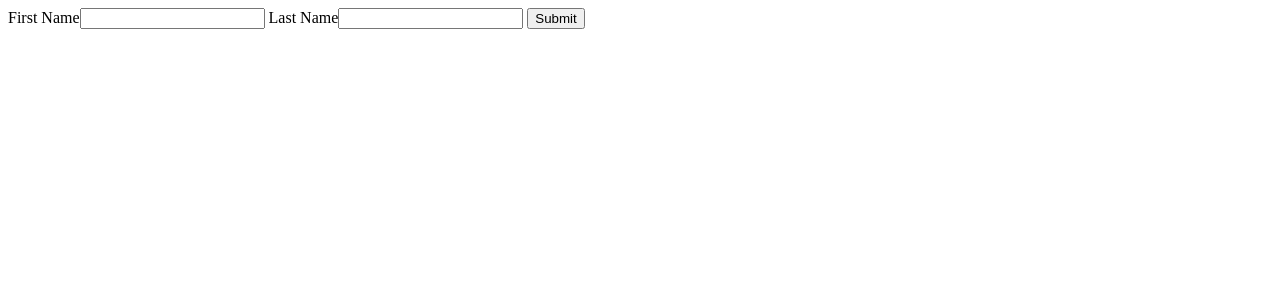
Repository: SangeethaSivasamy/ScrewSriver
Page: http://localhost/ServletProject/jsp/StudentsEnrollment.jsp
The author's editor kept a copy of each file at every save. The page is drawn from the files as they stood at one save, then again after the next save.
The browser window is 1280 px wide. The pictures show the whole page.
The page is served by Tomcat 9.

Above is the page before, as saved 2017-07-19 07:21:20.

After the next save:
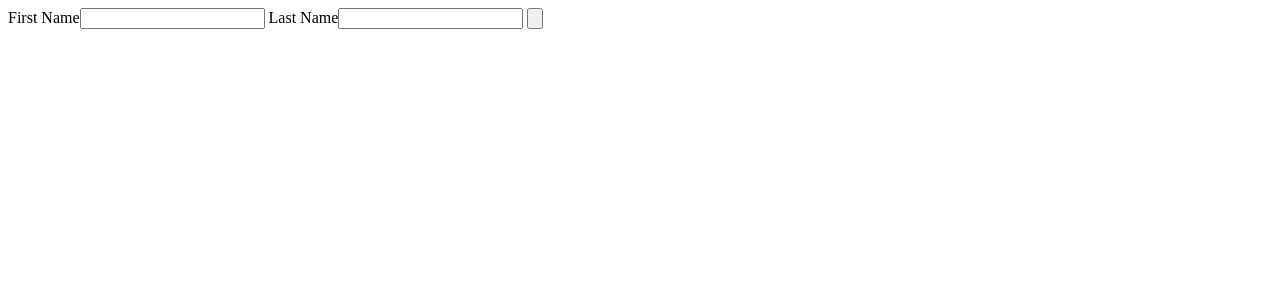
Saved 62 s later.
--- a/ServletProject/WebContent/jsp/StudentsEnrollment.jsp
+++ b/ServletProject/WebContent/jsp/StudentsEnrollment.jsp
@@ -10,7 +10,7 @@
 <form name="StudentsEnrollForm"  action="/StudentEnrollmentServlet" method="post">
 First Name<input type="text" name="firstName" id="firstName"  >
 Last Name<input type="text" name="lastName" id="lastName"  >
-<input type="submit" name="Submit" onclick="onSubmit();"/>
+<input type="button" name="Submit" onclick="onSubmit();"/>
 </form>
 </body>
 

After the save that followed:
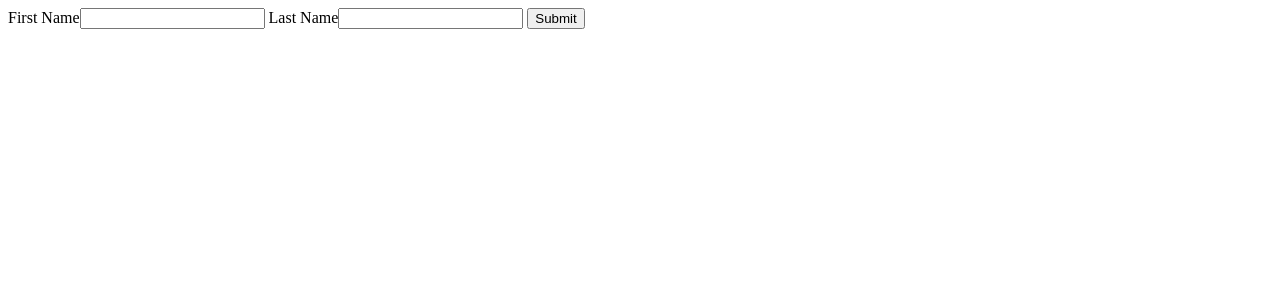
Saved 40 s later.
--- a/ServletProject/WebContent/jsp/StudentsEnrollment.jsp
+++ b/ServletProject/WebContent/jsp/StudentsEnrollment.jsp
@@ -10,7 +10,7 @@
 <form name="StudentsEnrollForm"  action="/StudentEnrollmentServlet" method="post">
 First Name<input type="text" name="firstName" id="firstName"  >
 Last Name<input type="text" name="lastName" id="lastName"  >
-<input type="button" name="Submit" onclick="onSubmit();"/>
+<input type="button" name="Submit"  value="Submit" onclick="onSubmit();"/>
 </form>
 </body>
 
